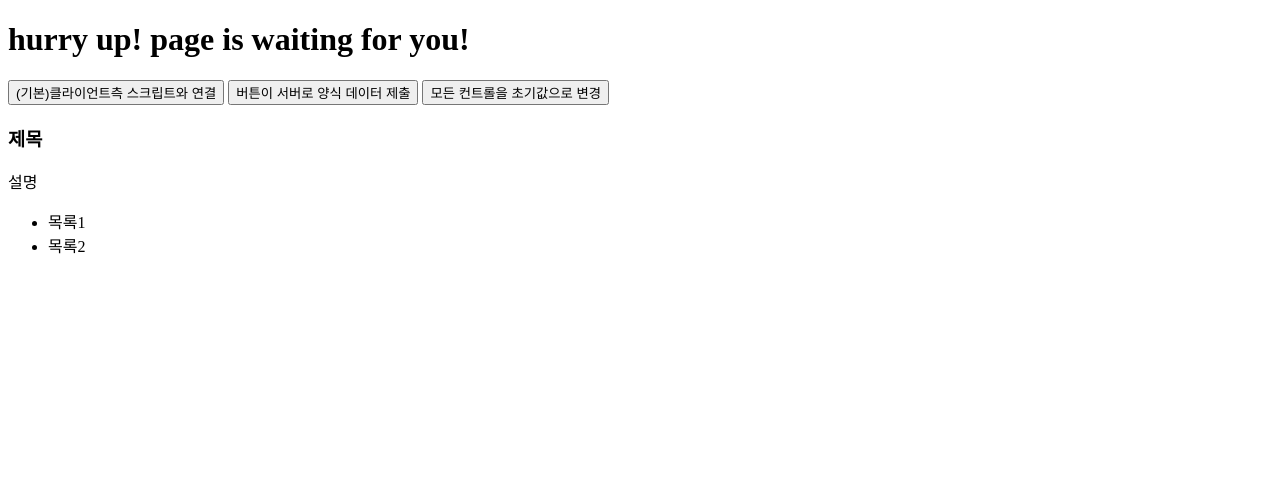
Repository: PareutPareut/frontend
Page: markDowns/htmlCssStudy/htmlStudy.html
These files come from the project's save history. The page is drawn as it stood at one moment and after the next save; the edit follows.
The browser window is 1280 px wide. The pictures show the whole page.

Above is the page before, as saved 2023-11-27 03:38:45.

### markDowns/htmlCssStudy/htmlStudy.html
<!doctype html>
<html lang="ko">
  <head>

    <meta charset="utf-8" />
    <title>My firtst log-in page</title>

  </head>
  <body>

    <h1>hurry up! page is waiting for you!</h1>
    <button type="button">(기본)클라이언트측 스크립트와 연결</button>
    <button type="submit">버튼이 서버로 양식 데이터 제출</button>
    <button type="reset"> 모든 컨트롤을 초기값으로 변경 </button>

    <div id="구분용 div name">
        <h3>제목</h3>
        <p>설명</p>
        <ul>
            <li>목록1</li>
            <li>목록2</li>
        </ul>
    </div>

  </body>
</html>

After the next save:
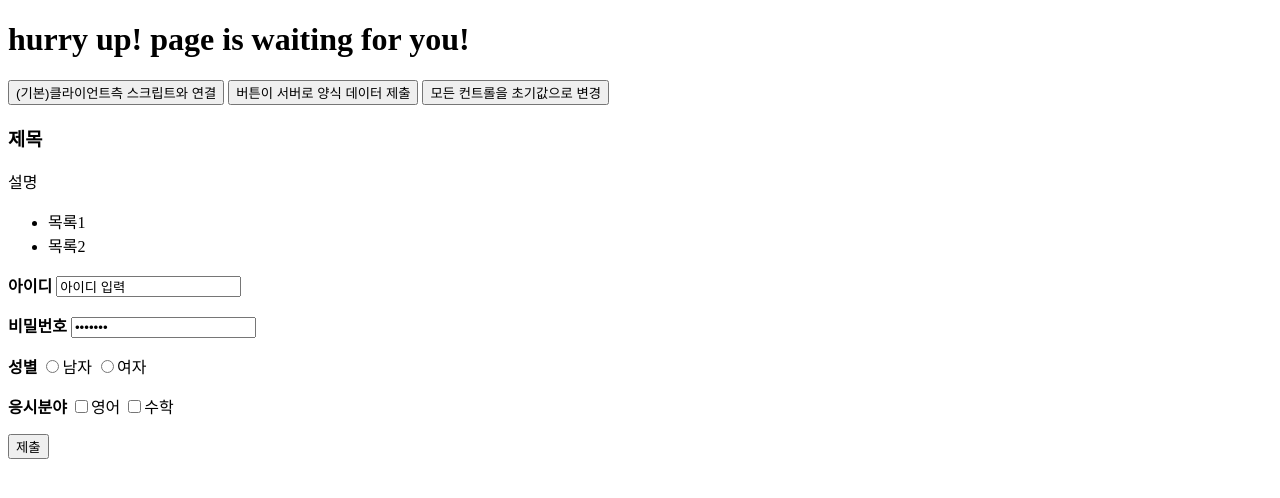
Saved 5 min 49 s later.
--- a/markDowns/htmlCssStudy/htmlStudy.html
+++ b/markDowns/htmlCssStudy/htmlStudy.html
@@ -22,5 +22,29 @@
         </ul>
     </div>
 
+    <form>
+        <p>
+            <strong>아이디</strong>
+            <input type="text" name="name" value="아이디 입력">
+        </p>
+        <p>
+            <strong>비밀번호</strong>
+            <input type="password" name="password" value="비밀번호 입력">
+        </p>
+        <p>
+            <strong>성별</strong>
+            <input type="radio" name="gender" value="M">남자
+            <input type="radio" name="gender" value="F">여자
+        </p>
+        <p>
+            <strong>응시분야</strong>
+            <input type="checkbox" name="part" value="eng">영어
+            <input type="checkbox" name="part" value="math">수학
+        </p>
+        <p>
+            <input type="submit" value="제출">
+        </p>
+    </form>
+
   </body>
 </html>
